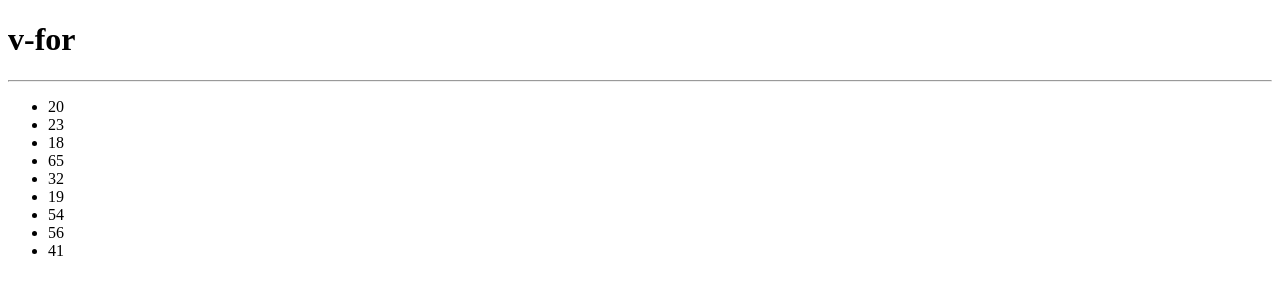
Repository: 13982720426/vue2.0-LearningNotes
Page: example/v-for.html
These files come from the project's save history. The page is drawn as it stood at one moment and after the next save; the edit follows.
The browser window is 1280 px wide. The pictures show the whole page.

Above is the page before, as saved 2021-06-17 15:33:11.

After the next save:
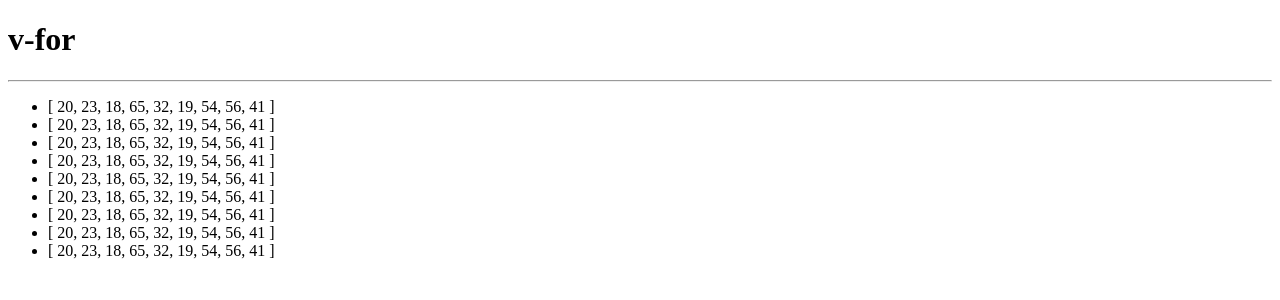
Saved 61 s later.
--- a/example/v-for.html
+++ b/example/v-for.html
@@ -12,7 +12,7 @@
     <hr />
     <div id="app">
       <ul>
-        <li v-for="item in items">{{item}}</li>
+        <li v-for="item in items">{{items}}</li>
       </ul>
     </div>
     <script type="text/javascript">

After the save that followed:
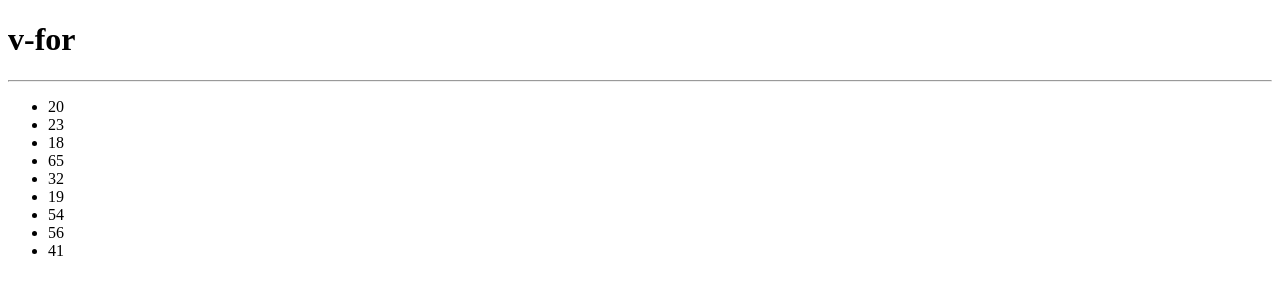
Saved 8 s later.
--- a/example/v-for.html
+++ b/example/v-for.html
@@ -12,7 +12,7 @@
     <hr />
     <div id="app">
       <ul>
-        <li v-for="item in items">{{items}}</li>
+        <li v-for="item in items">{{item}}</li>
       </ul>
     </div>
     <script type="text/javascript">
